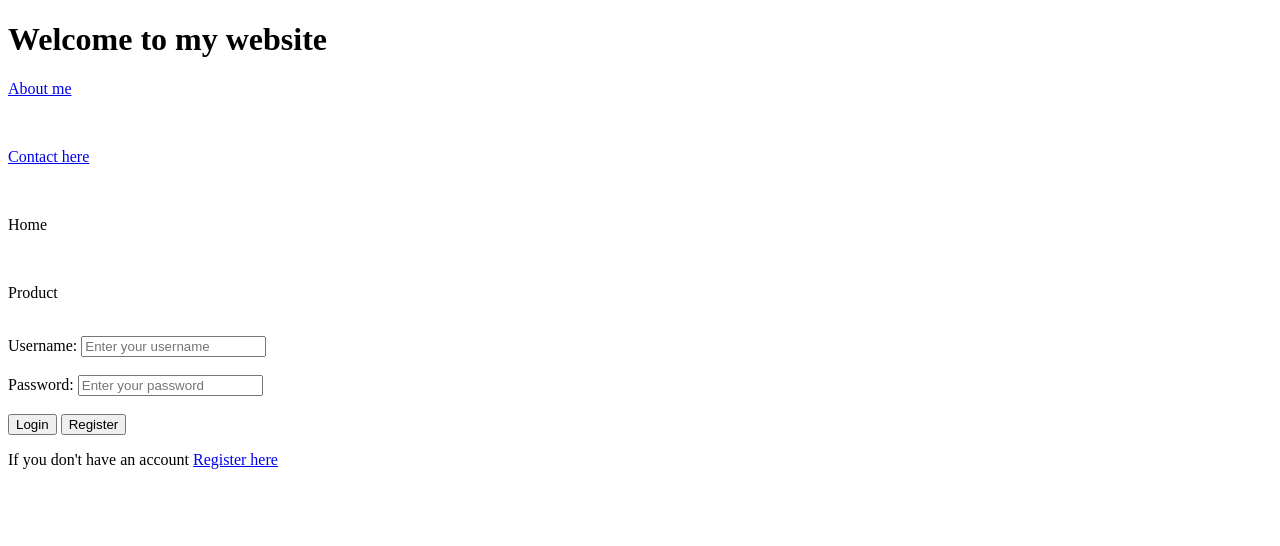
Repository: bao2222/hoc-lam-web
Page: welcome.html
The author's editor kept a copy of each file at every save. The page is drawn from the files as they stood at one save, then again after the next save.
The browser window is 1280 px wide. The pictures show the whole page.

Above is the page before, as saved 2024-12-24 19:28:18.

After the next save:
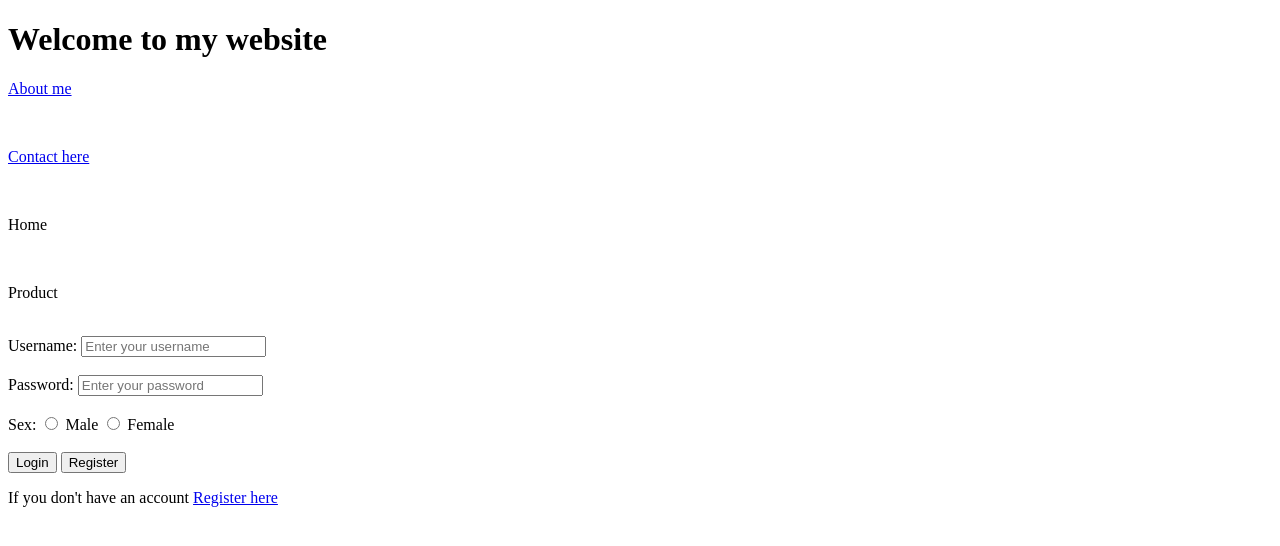
Saved 2 min 1 s later.
--- a/welcome.html
+++ b/welcome.html
@@ -37,6 +37,11 @@
                         <input type="text" id="username" name="username" placeholder="Enter your username" required><br><br>
                         <label for="password">Password:</label>
                         <input type="password" id="password" name="password" placeholder="Enter your password" required><br><br>
+                        <label for="sex">Sex:</label>
+                        <input type="radio" id="male" name="sex" value="male">
+                        <label for="male">Male</label>
+                        <input type="radio" id="female" name="sex" value="female">
+                        <label for="female">Female</label><br><br>
                         <button type="submit">Login</button>
                         <button type="reset">Register</button>
 
